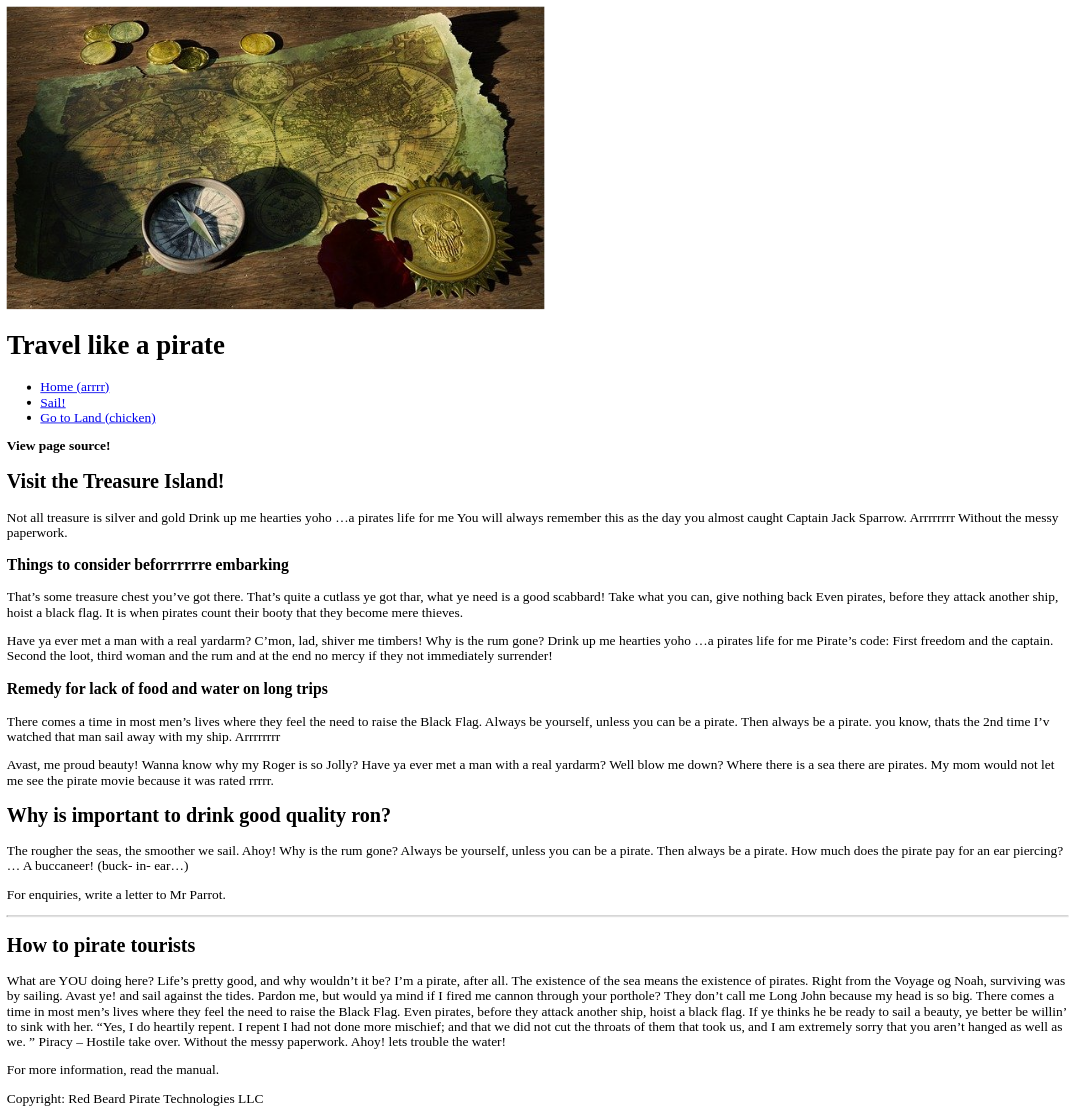
Repository: Colo-Codes/code-practice
Page: 01-html-practice-4.html
The author's editor kept a copy of each file at every save. The page is drawn from the files as they stood at one save, then again after the next save.
The browser window is 1280 px wide. The pictures show the whole page, at 84% of full size.

Above is the page before, as saved 2021-04-23 10:16:07.

### 01-html-practice-4.html
<!DOCTYPE html>
<html lang="en">

<head>
    <meta charset="UTF-8">
    <meta http-equiv="X-UA-Compatible" content="IE=edge">
    <meta name="viewport" content="width=device-width, initial-scale=1.0">
    <title>Organising page content</title>
</head>

<body>
    <!-- Page header -->
    <header>
        <img src="assets/img/adventure-2528477_640.jpg">
        <h1>Travel like a pirate</h1>
        <nav>
            <ul>
                <li><a href="#">Home (arrrr)</a></li>
                <li><a href="#">Sail!</a></li>
                <li><a href="#">Go to Land (chicken)</a></li>
            </ul>
        </nav>
    </header>
    <p><strong>View page source!</strong></p>
    <!-- Page content -->
    <section id="treasure-island">
        <article>
            <header>
                <h2>Visit the Treasure Island!</h2>
                <p>Not all treasure is silver and gold Drink up me hearties yoho …a pirates life for me You will always
                    remember this as the day you almost caught Captain Jack Sparrow. Arrrrrrrr Without the messy
                    paperwork.
                </p>
            </header>
            <section>
                <h3>Things to consider beforrrrrre embarking</h3>
                <p>That’s some treasure chest you’ve got there. That’s quite a cutlass ye got thar, what ye need is a
                    good
                    scabbard! Take what you can, give nothing back Even pirates, before they attack another ship, hoist
                    a
                    black flag. It is when pirates count their booty that they become mere thieves.</p>
                <p>Have ya ever met a man with a real yardarm? C’mon, lad, shiver me timbers! Why is the rum gone? Drink
                    up
                    me hearties yoho …a pirates life for me Pirate’s code: First freedom and the captain. Second the
                    loot,
                    third woman and the rum and at the end no mercy if they not immediately surrender!</p>
            </section>
            <section>
                <h3>Remedy for lack of food and water on long trips</h3>
                <p>There comes a time in most men’s lives where they feel the need to raise the Black Flag. Always be
                    yourself, unless you can be a pirate. Then always be a pirate. you know, thats the 2nd time I’v
                    watched
                    that man sail away with my ship. Arrrrrrrr </p>
                <p>Avast, me proud beauty! Wanna know why my Roger is so Jolly? Have ya ever met a man with a real
                    yardarm?
                    Well blow me down? Where there is a sea there are pirates. My mom would not let me see the pirate
                    movie
                    because it was rated rrrrr.</p>
                <aside>
                    <h2>Why is important to drink good quality ron?</h2>
                    <p>The rougher the seas, the smoother we sail. Ahoy! Why is the rum gone? Always be yourself, unless
                        you can be a pirate. Then always be a pirate. How much does the pirate pay for an ear piercing?
                        … A buccaneer! (buck- in- ear…) </p>
                </aside>
            </section>
            <footer>
                <p>For enquiries, write a letter to Mr Parrot.</p>
            </footer>
        </article>
    </section>
    <hr>
    <section id="pirating-tourists">
        <article>
            <header>
                <h2>How to pirate tourists</h2>
            </header>
            <section>
                <p>What are YOU doing here? Life’s pretty good, and why wouldn’t it be? I’m a pirate, after all. The
                    existence of the sea means the existence of pirates. Right from the Voyage og Noah, surviving was by
                    sailing. Avast ye! and sail against the tides. Pardon me, but would ya mind if I fired me cannon
                    through your porthole? They don’t call me Long John because my head is so big. There comes a time in
                    most men’s lives where they feel the need to raise the Black Flag. Even pirates, before they attack
                    another ship, hoist a black flag. If ye thinks he be ready to sail a beauty, ye better be willin’ to
                    sink with her. “Yes, I do heartily repent. I repent I had not done more mischief; and that we did
                    not cut the throats of them that took us, and I am extremely sorry that you aren’t hanged as well as
                    we. ” Piracy – Hostile take over. Without the messy paperwork. Ahoy! lets trouble the water!</p>
            </section>
            <footer>
                <p>For more information, read the manual.</p>
            </footer>
        </article>
    </section>
    <!-- Page footer -->
    <footer>
        <p>Copyright: Red Beard Pirate Technologies LLC</p>
    </footer>
</body>

</html>

After the next save:
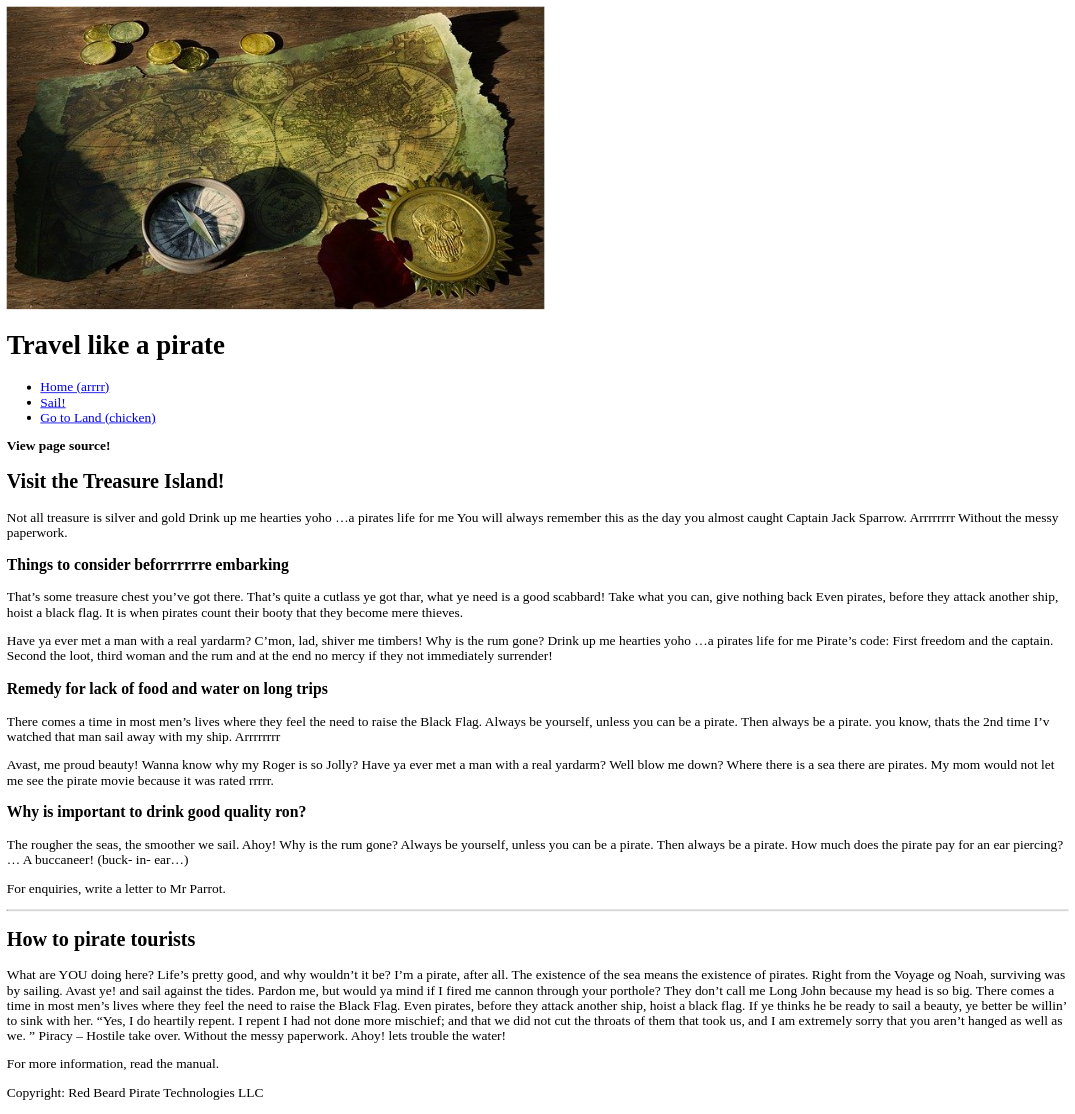
Saved 42 s later.
--- a/01-html-practice-4.html
+++ b/01-html-practice-4.html
@@ -57,7 +57,7 @@
                     movie
                     because it was rated rrrrr.</p>
                 <aside>
-                    <h2>Why is important to drink good quality ron?</h2>
+                    <h3>Why is important to drink good quality ron?</h3>
                     <p>The rougher the seas, the smoother we sail. Ahoy! Why is the rum gone? Always be yourself, unless
                         you can be a pirate. Then always be a pirate. How much does the pirate pay for an ear piercing?
                         … A buccaneer! (buck- in- ear…) </p>
